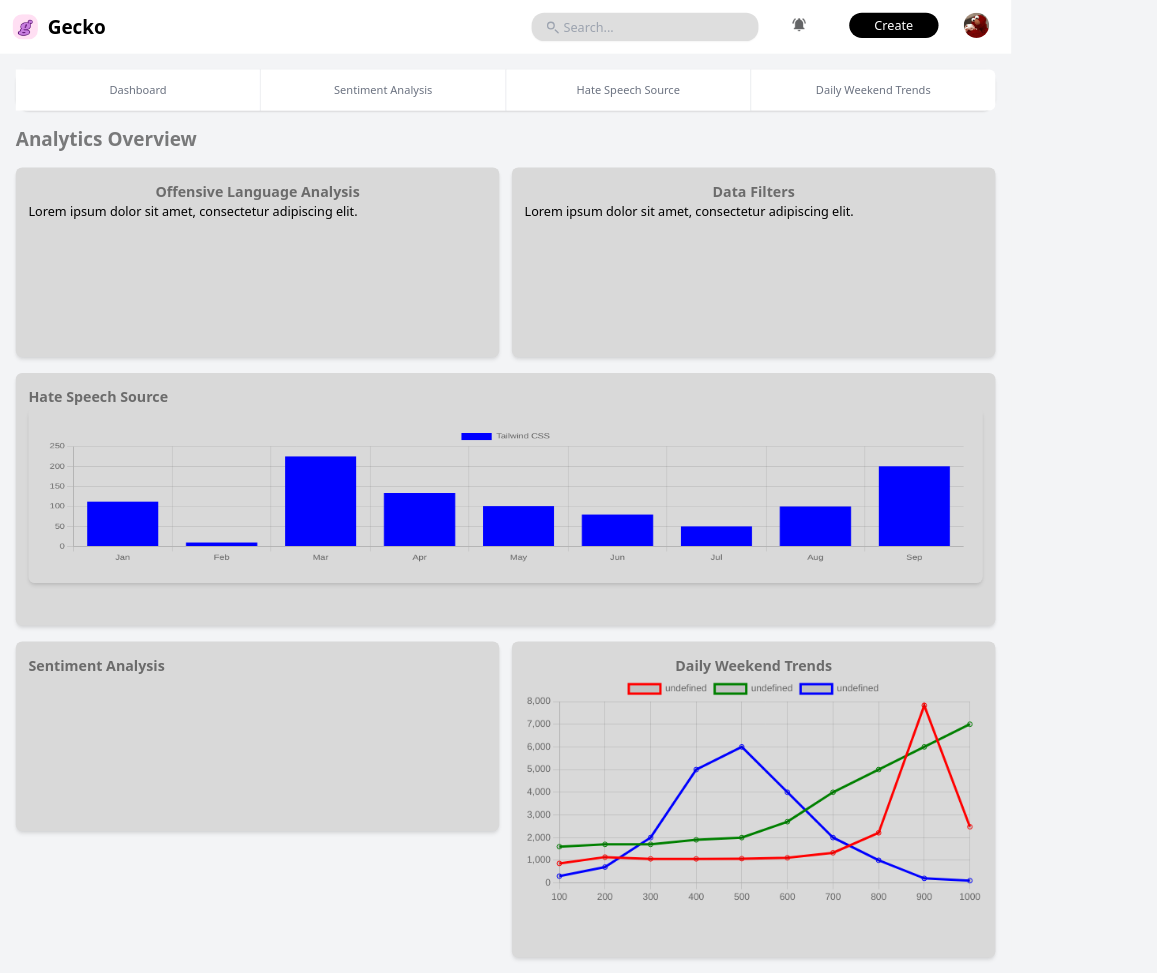
Repository: theamgri/thesis-website-nextjs
Page: website.html
An editor plug-in stored every save of this project. The page is shown before and after the next save, followed by the edit.
The browser window is 1280 px wide. The page is 1280 px wide, then 1464 px, so the pictures cover 1464 px, including what lies to the right of the window. The pictures show the whole page, at 79% of full size.

Above is the page before, as saved 2023-10-04 05:59:11.

### website.html
<!DOCTYPE html>
<html lang="en">
<head>
    <meta charset="UTF-8">
    <meta name="viewport" content="width=device-width, initial-scale=1.0">
    <title>Gecko</title>
    <link rel="icon" type="image/x-icon" href="/images/icon.png">
    <link href="https://cdn.jsdelivr.net/npm/tailwindcss@2.2.19/dist/tailwind.min.css" rel="stylesheet">


</head>
<body class="bg-gray-100">

<nav class="bg-white drop-shadow-2xl border-gray-200 dark:bg-gray-900">
    <div class="flex flex-wrap items-center justify-between mx-auto p-4">
      <a href="." class="flex items-center">
          <img src="images/icon.png" class="h-8 mr-3 rounded-xl" alt="Logo" />
          <span class="self-center text-2xl font-semibold whitespace-nowrap dark:text-white">Gecko</span>
      </a>
      <button data-collapse-toggle="navbar-default" type="button" class="inline-flex items-center p-2 w-10 h-10 justify-center text-sm text-gray-500 rounded-lg md:hidden hover:bg-gray-100 focus:outline-none focus:ring-2 focus:ring-gray-200 dark:text-gray-400 dark:hover:bg-gray-700 dark:focus:ring-gray-600" aria-controls="navbar-default" aria-expanded="false">
          <span class="sr-only">Open main menu</span>
          <svg class="w-5 h-5" aria-hidden="true" xmlns="http://www.w3.org/2000/svg" fill="none" viewBox="0 0 17 14">
              <path stroke="currentColor" stroke-linecap="round" stroke-linejoin="round" stroke-width="2" d="M1 1h15M1 7h15M1 13h15"/>
          </svg>
      </button>
      <div class="hidden w-full md:block md:w-auto drop-shadow-2xl" id="navbar-default">
        <ul class="font-medium flex flex-col p-4 md:p-0 mt-4 border border-gray-100 rounded-lg bg-gray-50 md:flex-row md:space-x-8 md:mt-0 md:border-0 md:bg-white dark:bg-gray-800 md:dark:bg-gray-900 dark:border-gray-700">
            <li>
                <div class="relative">
                    <input
                        type="text"
                        placeholder="Search..."
                        class="block w-full py-2 pl-10 pr-4 leading-5 rounded-2xl shadow-sm focus:ring focus:ring-blue-200 border-gray-300" style="background-color: #DEDEDE;"
                    />
                    <div class="absolute inset-y-0 left-0 pl-4 flex items-center pointer-events-none">
                        <svg
                            class="w-5 h-5 text-gray-400"
                            fill="none"
                            stroke="currentColor"
                            viewBox="0 0 24 24"
                            xmlns="http://www.w3.org/2000/svg"
                        >
                            <path
                                stroke-linecap="round"
                                stroke-linejoin="round"
                                stroke-width="2"
                                d="M21 21l-4.35-4.35"
                            />
                            <path
                                stroke-linecap="round"
                                stroke-linejoin="round"
                                stroke-width="2"
                                d="M15 10a5 5 0 11-10 0 5 5 0 0110 0z"
                            />
                        </svg>
                    </div>
                </div>

              </li>
            <li>
              <img src="images/bellbutton.png" class="h-8 mr-3 rounded-xl" alt="Notification Bell" />
          </li>
          <li>
            <button class="bg-black drop-shadow-2xl hover:bg-blue-700 text-white font-normal py-1 px-8 rounded-full">
              Create
            </button>
          </li>
          <li>
            <a href="your-link-here">
                <img src="images/user.jpg" class="h-8 mr-3 rounded-full" alt="Notification Bell" />
            </a>
        </li>


        </ul>
      </div>
    </div>
  </nav>
<!-- //SIDE NAVBAR -->


<div class="sm:hidden">
  <label for="tabs" class="sr-only">Select your country</label>
  <select id="tabs" class="bg-gray-50 border border-gray-300 text-gray-900 text-sm rounded-lg focus:ring-blue-500 focus:border-blue-500 block w-full p-2.5 dark:bg-gray-700 dark:border-gray-600 dark:placeholder-gray-400 dark:text-white dark:focus:ring-blue-500 dark:focus:border-blue-500">
      <option>Profile</option>
      <option>Canada</option>
      <option>France</option>
      <option>Germany</option>
  </select>
</div>
<ul class="m-5 rounded-2xl drop-shadow-xl hidden text-sm font-medium text-center text-gray-500 divide-x divide-gray-200 rounded-lg shadow sm:flex dark:divide-gray-700 dark:text-gray-400">
  <li class="w-full">
      <a href="#" class="inline-block w-full p-4 bg-white hover:text-gray-700 hover:bg-gray-50 focus:ring-4 focus:ring-blue-300 focus:outline-none dark:hover:text-white dark:bg-gray-800 dark:hover:bg-gray-700" aria-current="page">Dashboard</a>
  </li>
  <li class="w-full">
      <a href="#" class="inline-block w-full p-4 bg-white hover:text-gray-700 hover:bg-gray-50 focus:ring-4 focus:ring-blue-300 focus:outline-none dark:hover:text-white dark:bg-gray-800 dark:hover:bg-gray-700">Sentiment Analysis</a>
  </li>
  <li class="w-full">
      <a href="#" class="inline-block w-full p-4 bg-white hover:text-gray-700 hover:bg-gray-50 focus:ring-4 focus:ring-blue-300 focus:outline-none dark:hover:text-white dark:bg-gray-800 dark:hover:bg-gray-700">Hate Speech Source</a>
  </li>
  <li class="w-full">
      <a href="#" class="inline-block w-full p-4 bg-white rounded-r-lg hover:text-gray-700 hover:bg-gray-50 focus:ring-4 focus:outline-none focus:ring-blue-300 dark:hover:text-white dark:bg-gray-800 dark:hover:bg-gray-700">Daily Weekend Trends</a>
  </li>

</ul>



  <!-- <div class="mx-auto w-3/5 overflow-hidden">
    <canvas
      data-te-chart="bar"
      data-te-dataset-label="Traffic"
      data-te-labels="['Monday', 'Tuesday' , 'Wednesday' , 'Thursday' , 'Friday' , 'Saturday' , 'Sunday ']"
      data-te-dataset-data="[2112, 2343, 2545, 3423, 2365, 1985, 987]">
    </canvas>
  </div> -->

  <div class="ml-5 text-left font-bold text-2xl opacity-50">
    <h1>Analytics Overview</h1>
  </div>


  <div class="container mx-auto mt-0">
    <div class="m-5 grid grid-cols-1 md:grid-cols-2 lg:grid-cols-2 xl:grid-cols-2 gap-4">
        <!-- Container 1 -->
        <div class="bg-white p-4 rounded-lg shadow-md" style="background-color: #D9D9D9; height: 15rem;">
            <h2 class="text-lg text-center opacity-50 font-semibold" >Offensive Language Analysis</h2>
            <p>Lorem ipsum dolor sit amet, consectetur adipiscing elit.</p>
        </div>

        <!-- Container 2 -->
        <div class="bg-white p-4 rounded-lg shadow-md"  style="background-color: #D9D9D9; height: 15rem;">
            <h2 class="text-lg text-center opacity-50 font-semibold">Data Filters</h2>
            <p>Lorem ipsum dolor sit amet, consectetur adipiscing elit.</p>
        </div>
    </div>
    <div class="m-5 grid grid-cols-1 md:grid-cols-1 lg:grid-cols-1 xl:grid-cols-1 gap-4 mt-4">
      <!-- Container 3 -->
      <div class="bg-white p-4 rounded-lg shadow-md" style="background-color: #D9D9D9; height: 20rem;">
          <h2 class="text-lg opacity-50 font-semibold">Hate Speech Source</h2>

          <div class="overflow-hidden rounded-lg shadow-md" style="max-height: 100%;">
              <!-- Set max-height to ensure the chart fits within the container -->
              <canvas class="p-6" id="barChart" style="max-height: 100%;"></canvas>
          </div>
      </div>
      <script src="https://cdnjs.cloudflare.com/ajax/libs/Chart.js/3.9.1/chart.min.js"
          integrity="sha512-ElRFoEQdI5Ht6kZvyzXhYG9NqjtkmlkfYk0wr6wHxU9JEHakS7UJZNeml5ALk+8IKlU6jDgMabC3vkumRokgJA=="
          crossorigin="anonymous" referrerpolicy="no-referrer"></script>
      <script>
          const labels = ['Jan', 'Feb', 'Mar', 'Apr', 'May', 'Jun', 'Jul', 'Aug', 'Sep'];
        const data = {
            labels: labels,
            datasets: [
                {
                    label: "Tailwind CSS",
                    backgroundColor: "blue",
                    borderColor: 'rgb(0, 0, 0)',
                    data: [112, 10, 225, 134, 101, 80, 50, 100, 200],
                    fill: false,
                },
            ],
        };

        const configChart = {
            type: "bar",
            data,
            options: {},
        };

        var chartLine = new Chart(
            document.getElementById("barChart"),
            configChart
        );
      </script>
  </div>


    <div class="m-5 grid grid-cols-1 md:grid-cols-2 lg:grid-cols-2 xl:grid-cols-2 gap-4 mt-4">
    <!-- Container 4 -->
    <div class="bg-white p-4 rounded-lg shadow-md" style="background-color: #D9D9D9; height: 15rem;">
        <h2 class="text-lg tex-center opacity-50 font-semibold">Sentiment Analysis</h2>

    </div>

    <!-- Container 5 -->
    <div class="bg-white p-4 rounded-lg shadow-md" style="background-color: #D9D9D9; height: 25rem;">
        <h2 class="text-lg text-center opacity-50 font-semibold">Daily Weekend Trends</h2>


            <canvas id="myChart" style="width:100%;max-width:600px"></canvas>

<script>
const xValues = [100,200,300,400,500,600,700,800,900,1000];

new Chart("myChart", {
  type: "line",
  data: {
    labels: xValues,
    datasets: [{
      data: [860,1140,1060,1060,1070,1110,1330,2210,7830,2478],
      borderColor: "red",
      fill: false
    },{
      data: [1600,1700,1700,1900,2000,2700,4000,5000,6000,7000],
      borderColor: "green",
      fill: false
    },{
      data: [300,700,2000,5000,6000,4000,2000,1000,200,100],
      borderColor: "blue",
      fill: false
    }]
  },
  options: {
    legend: {display: false}
  }
});
</script>

    </div>

</div>


<!-- Analytics Overview -->

<!-- <div class="shadow-lg rounded-lg overflow-hidden">
  <div class="py-3 px-5 bg-gray-50">Pie chart</div>
  <canvas class="p-1 ml-40 mr-40" id="chartPie"></canvas>
</div>

Required chart.js
<script src="https://cdn.jsdelivr.net/npm/chart.js"></script>

Chart pie
<script>
  const dataPie = {
    labels: ["JavaScript", "Python", "Ruby"],
    datasets: [
      {
        label: "My First Dataset",
        data: [300, 50, 100],
        backgroundColor: [
          "rgb(133, 105, 241)",
          "rgb(164, 101, 241)",
          "rgb(101, 143, 241)",
        ],
        hoverOffset: 4,
      },
    ],
  };

  const configPie = {
    type: "pie",
    data: dataPie,
    options: {},
  };

  var chartBar = new Chart(document.getElementById("chartPie"), configPie);
</script>
   -->
</body>
</html>

After the next save:
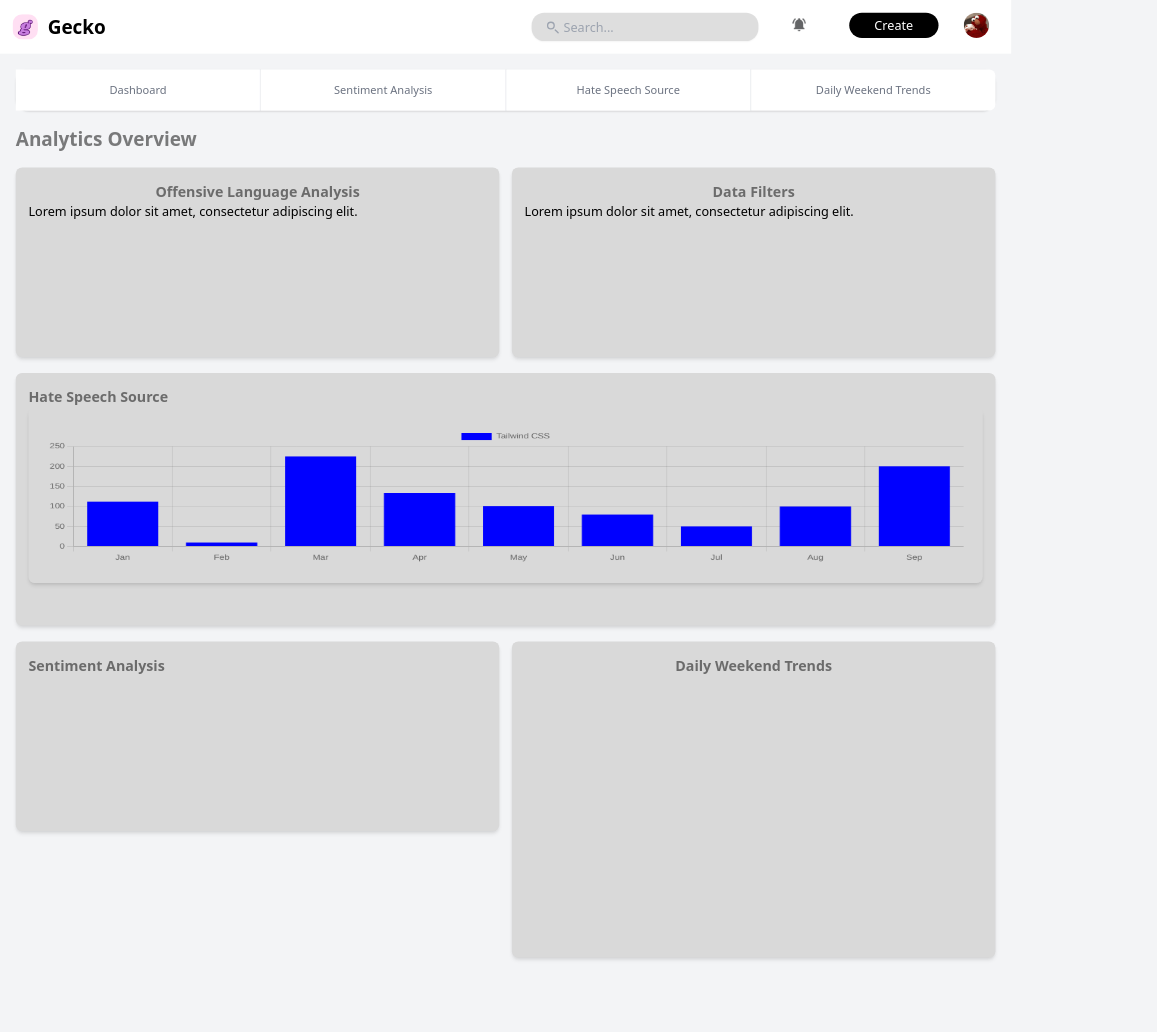
Saved 10 min 18 s later.
--- a/website.html
+++ b/website.html
@@ -188,7 +188,7 @@
         <h2 class="text-lg text-center opacity-50 font-semibold">Daily Weekend Trends</h2>
 
 
-            <canvas id="myChart" style="width:100%;max-width:600px"></canvas>
+            <canvas id="line-chart" width="800" height="450"></canvas>
 
 <script>
 const xValues = [100,200,300,400,500,600,700,800,900,1000];
